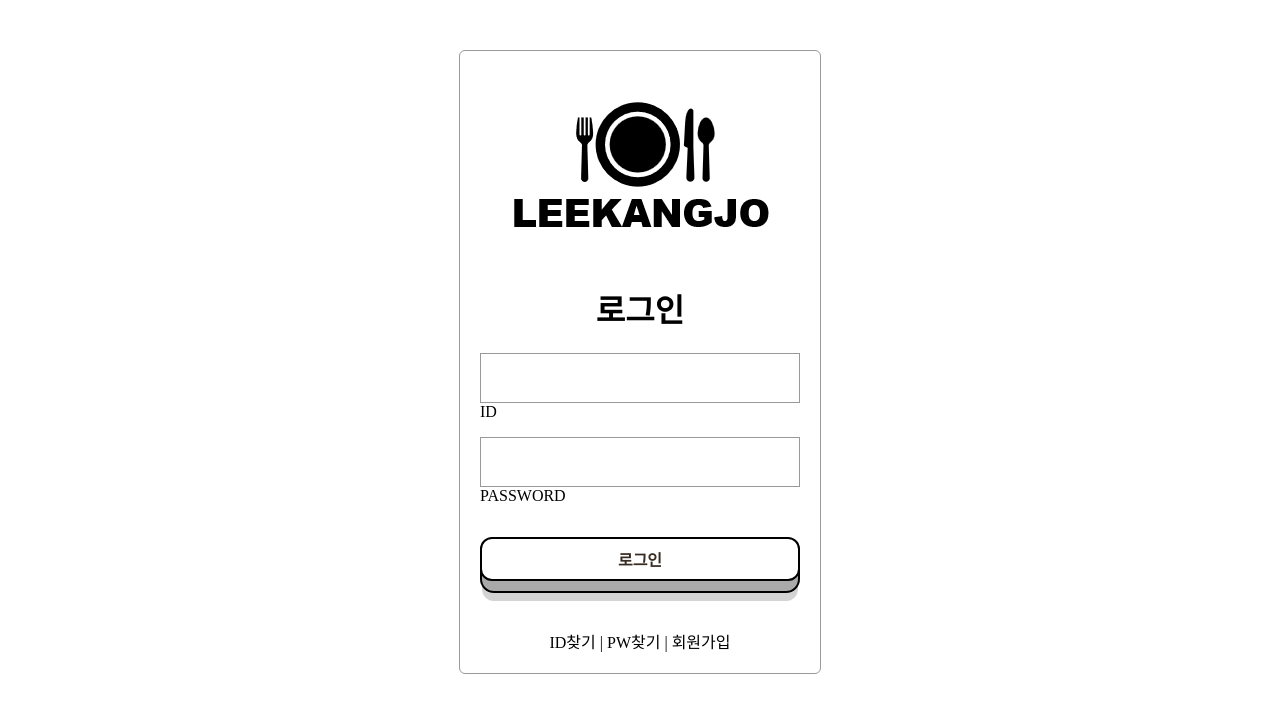
Repository: acredev/Restaurant_Management_System
Page: http://localhost/leekangjo/login.jsp
The author's editor kept a copy of each file at every save. The page is drawn from the files as they stood at one save, then again after the next save.
The browser window is 1280 px wide. The pictures show the whole page.
The page is served by Tomcat 9.

Above is the page before, as saved 2023-04-19 10:22:39.
Console error: TypeError: Cannot read properties of undefined (reading 'querySelector')

After the next save:
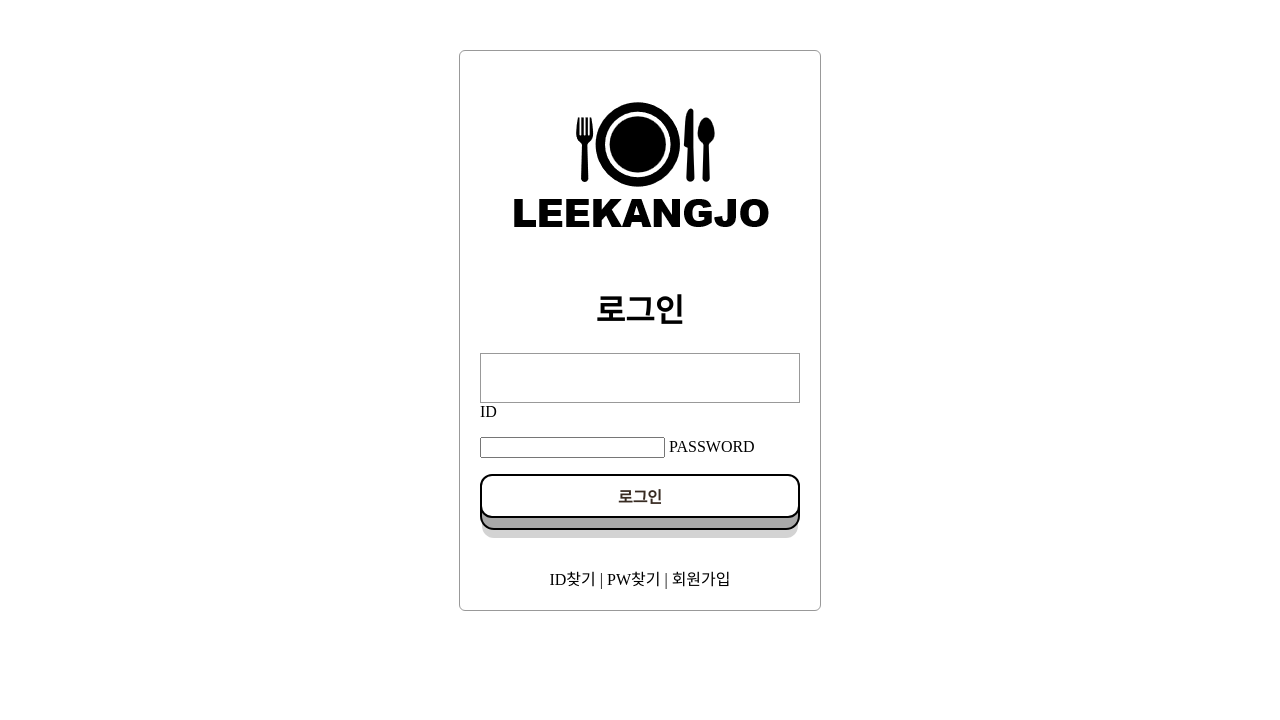
The error is gone.
Saved 14 min 27 s later.
--- a/leekangjo/WebContent/login.jsp
+++ b/leekangjo/WebContent/login.jsp
@@ -13,17 +13,6 @@
         <title>로그인 페이지</title>
         <link href="css/LoginMain.css" rel="stylesheet" type="text/css">
         <link href="css/buttonST.css" rel="stylesheet" type="text/css">
-        <script type="text/javascript">
-            var loginBox = document.login.querySelector('.outBox');
-            var loginInputBox = document.login.querySelector('#sampleId');
-            loginInputBox.addEventListener('keyup', function(){
-                if(!loginInputBox.value == ""){
-                    loginBox.classList.add('existence');
-                }else{
-                    loginBox.classList.remove('existence');
-                }
-            });
-        </script>
     </head>
     <body>
     	<form name="login" action="login_send.jsp" method="post">
@@ -36,7 +25,7 @@
                 <input type="text" id="id" name="id">
                 <label for="sampleId">ID</label>
             </div>
-            <div class="inputBox">
+            <div class="inputBox2">
                 <input type="text" id="password" name="pwd">
                 <label for="sampleId">PASSWORD</label>
             </div>
@@ -48,5 +37,6 @@
             </div>
         </div>
     </form>
+    <script src="js/LoginJS.js"></script>
     </body>
 </html>
